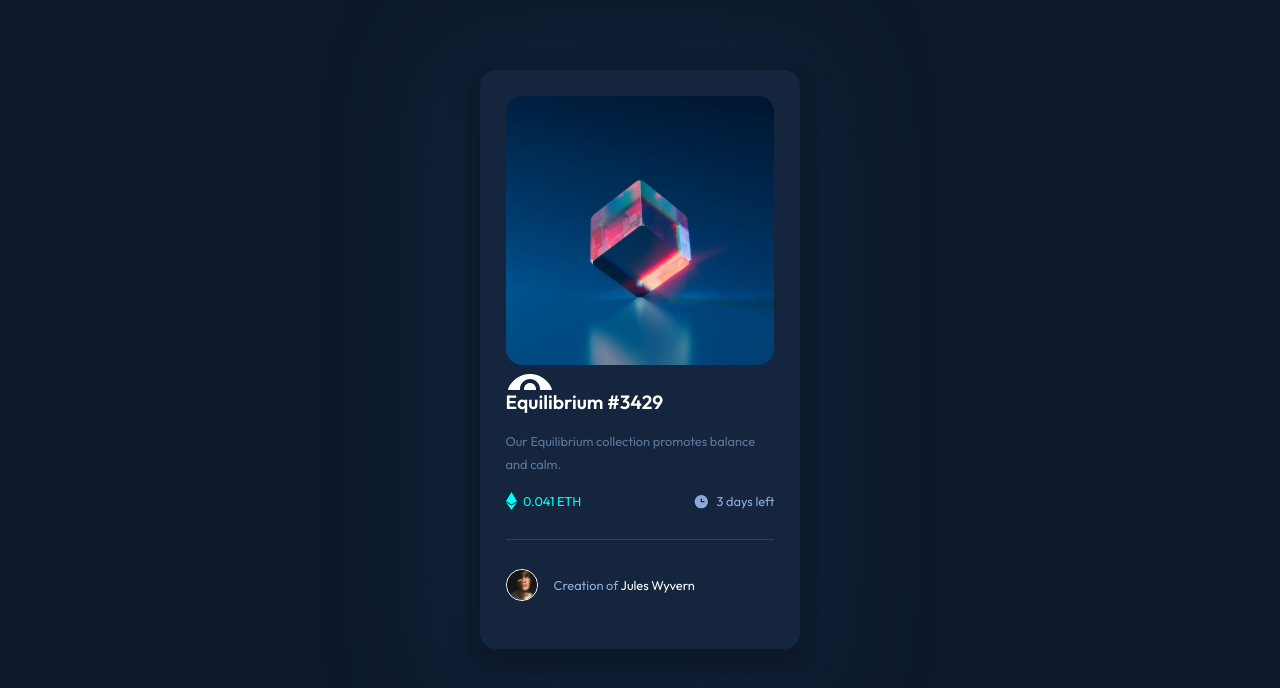
Repository: thaibaocoder1/nft-preview-card-component
Page: index.html
The author's editor kept a copy of each file at every save. The page is drawn from the files as they stood at one save, then again after the next save.
The browser window is 1280 px wide. The pictures show the whole page.

Above is the page before, as saved 2023-01-06 20:12:43.

### index.html
<!DOCTYPE html>
<html lang="en">
<head>
  <meta charset="UTF-8">
  <meta name="viewport" content="width=device-width, initial-scale=1.0">
  <link rel="icon" type="image/png" sizes="32x32" href="./images/favicon-32x32.png">
  <title>Frontend Mentor | NFT preview card component</title>
  <link rel="stylesheet" href="./images/favicon-32x32.png">
  <link rel="stylesheet" href="./style.css">
  <style>
    .attribution { font-size: 11px; text-align: center; }
    .attribution a { color: hsl(228, 45%, 44%); }
  </style>
</head>
<body>
  <main class="container">
      <div class="modal">
        <img src="./images/image-equilibrium.jpg" alt="Image" class="container-img">
        <div class="overlay">
          <a href="#" class="icon" title="hover">
                <img src="./images/icon-view.svg" alt="">
            </a>
        </div>
      </div>
    <div class="container-content">
      <h2 class="container-heading">Equilibrium #3429</h2>
      <p class="container-desc">Our Equilibrium collection promotes balance and calm.</p>
      <section class="container-date">
        <div class="container-date-right">
          <img src="./images/icon-ethereum.svg" alt="" class="container-date--image">
          <span class="container-date--text">
            0.041 ETH
          </span>
        </div>
        <div class="container-date-left">
          <img src="./images/icon-clock.svg" alt="" class="container-date--image">
          <span class="container-date--text">
            3 days left
          </span>
        </div>
      </section>
      <hr id="mark">
      <div class="container-footer">
        <img src="./images/image-avatar.png" alt="" class="container-date--image">
        <small class="container-date--footer">
          Creation of
          <span id="text-marker">Jules Wyvern</span>
        </small>
        </div>
      </div>
    </main>


  <!-- <div class="attribution">
    Challenge by <a href="https://www.frontendmentor.io?ref=challenge" target="_blank">Frontend Mentor</a>.
    Coded by <a href="#">baoDev</a>.
  </div> -->
</body>
</html>
<!-- Equilibrium #3429

Our Equilibrium collection promotes balance and calm.

0.041 ETH
3 days left

Creation of Jules Wyvern -->

### style.css
@import url('https://fonts.googleapis.com/css2?family=Outfit:wght@300;400;600&display=swap');
* {
    margin: 0;
    padding: 0;
    box-sizing: border-box;
}
body {
    text-rendering: optimizeLegibility;
    scroll-behavior: smooth;
    font-family: 'Outfit', sans-serif;
    display: flex;
    align-items: center;
    justify-content: center;
    min-height: calc(100vh - 1px);
    background-color: var(--very-dark-blue-main);
    font-size: 62.5%;
}
:root {
    --soft-blue: hsl(215, 51%, 70%);
    --cyan-color: hsl(178, 100%, 50%);
    --very-dark-blue-main: hsl(217, 54%, 11%);
    --very-dark-blue-card: hsl(216, 50%, 16%);
    --very-dark-blue-line: hsl(215, 32%, 27%);
    --white-color: hsl(0, 0%, 100%);
}
.container {
    width: 320px;
    background-color: var(--very-dark-blue-card);
    text-align: center;
    border-radius: 1rem;
    box-shadow: 0rem 10px 1rem 15px var(--very-dark-blue-main),
    -10px 12px 6rem 2rem var(--very-dark-blue-card);
}
.container .modal {
    width: 20rem;
    height: 20rem;
    cursor: pointer;
    padding: 1.6rem;
    position: relative;
    overflow: hidden;
}
.container .modal .overlay {
    position: absolute;
}
.container .container-img {
    max-width: 100%;
    height: auto;
    border-radius: 1rem;
    object-fit: cover;
    display: block;
}
.container .container-content {
    padding: 0 1.6rem 3rem 1.6rem;
    text-align: left;
}
.container .container-content .container-heading {
    color: var(--white-color);
    font-size: 1.2rem;
    padding-bottom: 1rem;
    transition: color 0.25s linear;
}
.container .container-content .container-desc {
    color: var(--soft-blue);
    font-size: 0.8rem;
    font-weight: 400;
    opacity: 0.6;
    line-height: 1.8;
}
.container .container-date {
    display: flex;
    align-items: center;
    padding: 1rem 0 1.8rem;
}
.container-date .container-date-right, .container .container-date-left {
    display: flex;
    align-items: center;
    justify-content: center;
}
.container .container-date .container-date-left {
    margin-left: auto;
}
.container .container-date--text {
    color: var(--cyan-color);
    font-size: 0.8rem;
    line-height: 1rem;
    text-align: center;
    margin-left: 0.4rem;
}
.container .container-date-left .container-date--text {
    color: var(--soft-blue);
}
#mark {
    border: none;
    width: 100%;
    height: 1px;
    background-color: var(--very-dark-blue-line);
}
.container .container-footer {
    padding-top: 1.8rem;
    display: flex;
    align-items: center;
}
.container .container-footer .container-date--image {
    width: 2rem;
    height: 2rem;
    border-radius: 50%;
    border: 1px solid var(--white-color);
}
.container .container-footer .container-date--footer {
    margin-left: 1rem;
    font-size: 0.8rem;
    color: var(--soft-blue);
}
.container .container-footer #text-marker {
    color: #fff;
    transition: color 0.25s linear;
}

/* Hover */
.container .container-content .container-heading:hover {
    color: var(--cyan-color);
    cursor: pointer;
}
.container .container-footer #text-marker:hover {
    color: var(--cyan-color);
    cursor: pointer;
}

/* Responsive */
@media screen and (max-width: 375px) {
    .container {
        width: calc(100% - 2rem);
    }
}

After the next save:
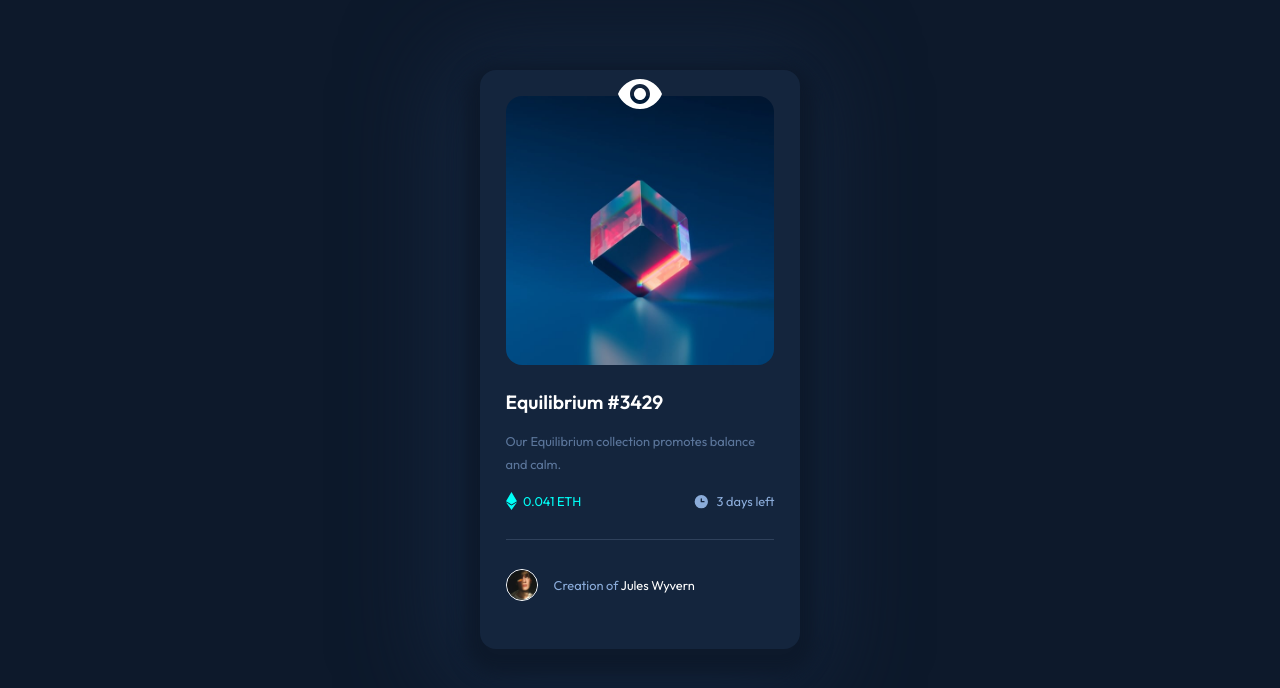
Saved 6 s later.
--- a/style.css
+++ b/style.css
@@ -41,6 +41,12 @@ body {
 }
 .container .modal .overlay {
     position: absolute;
+    top: 0;
+    bottom: 0;
+    left: 0;
+    right: 0;
+    height: 100%;
+    width: 100%;
 }
 .container .container-img {
     max-width: 100%;
